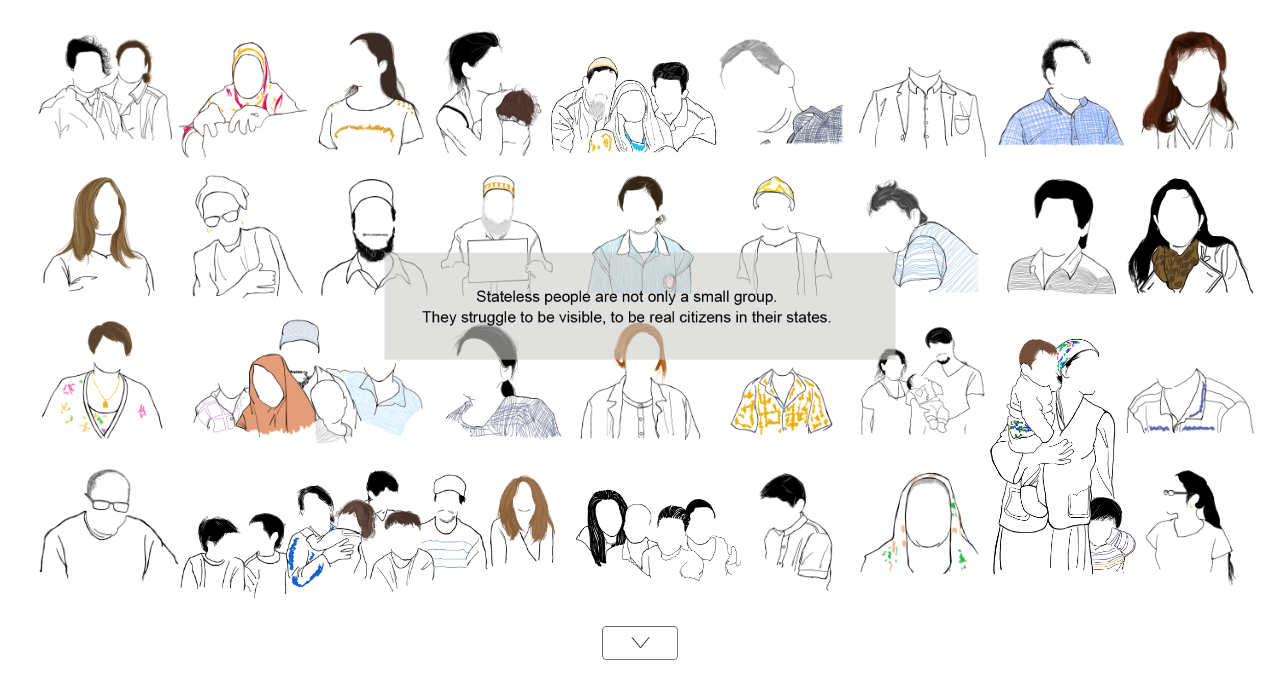
Repository: Lettie123/webpr4
Page: 02.html
These files come from the project's save history. The page is drawn as it stood at one moment and after the next save; the edit follows.
The browser window is 1280 px wide. The pictures show the whole page.

Above is the page before, as saved 2020-12-03 13:04:05.

After the next save:
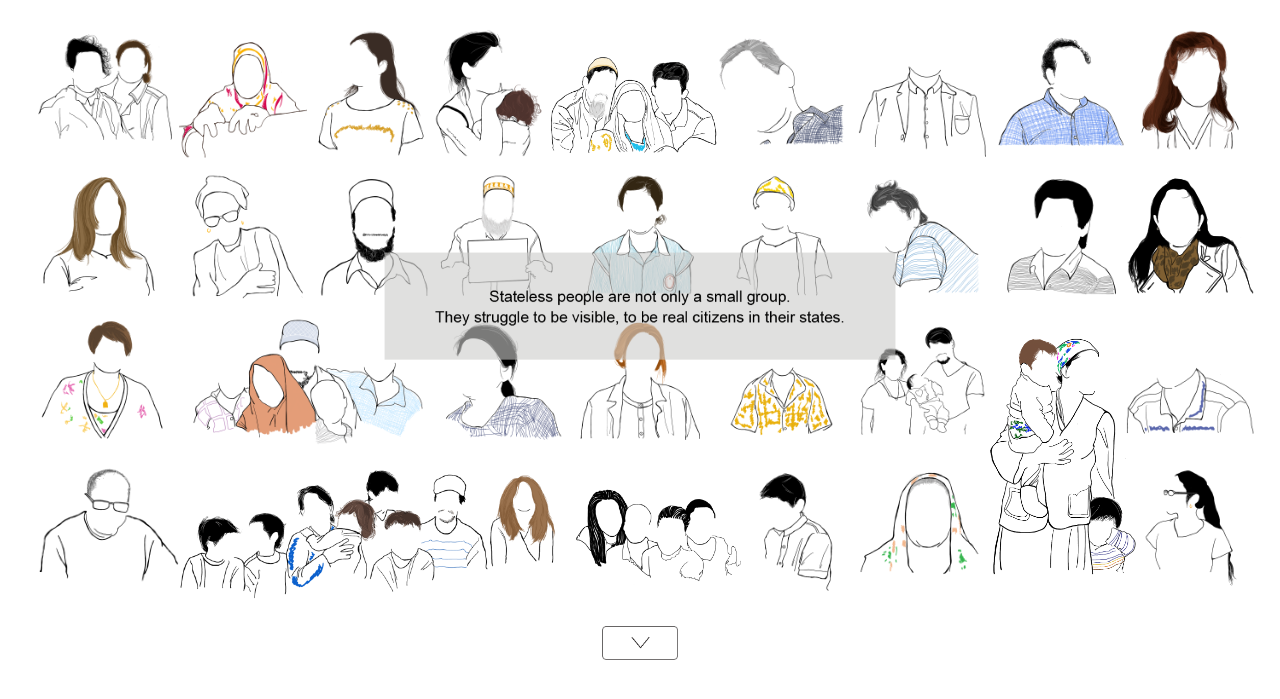
Saved 9 s later.
--- a/02.html
+++ b/02.html
@@ -118,7 +118,7 @@
             <div id="block" style= "width:40%; height:20%; position:absolute; top: 35%; left: 30%;">
                 <img src="txt/block.png" style="width:100%;">
             </div>
-            <div id="t1" style= "width:32%; height:15%; position:absolute; top: 80%; left: 33%;">
+            <div id="t1" style= "width:32%; height:15%; position:absolute; top: 80%; left: 34%;">
                 <img src="txt/h02.png" style="width:100%;">
             </div>
          </div>
